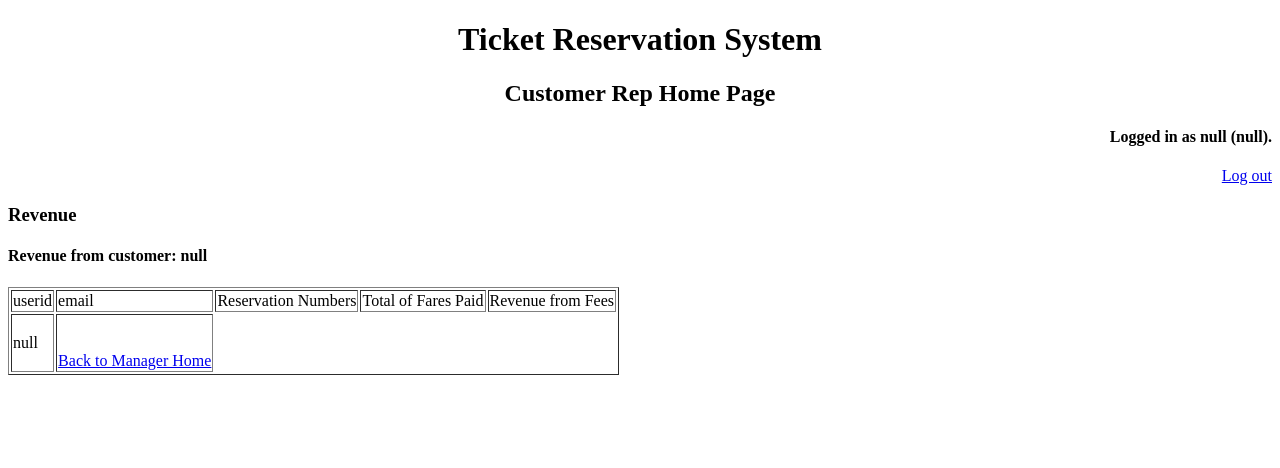
Repository: Pheazon/data_management
Page: http://localhost/cs336Final/revenueCustomer.jsp
An editor plug-in stored every save of this project. The page is shown before and after the next save, followed by the edit.
The browser window is 1280 px wide. The pictures show the whole page.
The page is served by Tomcat 9. The database holds what the project's SQL file puts in it.

Above is the page before, as saved 2019-12-11 01:17:12.

After the next save:
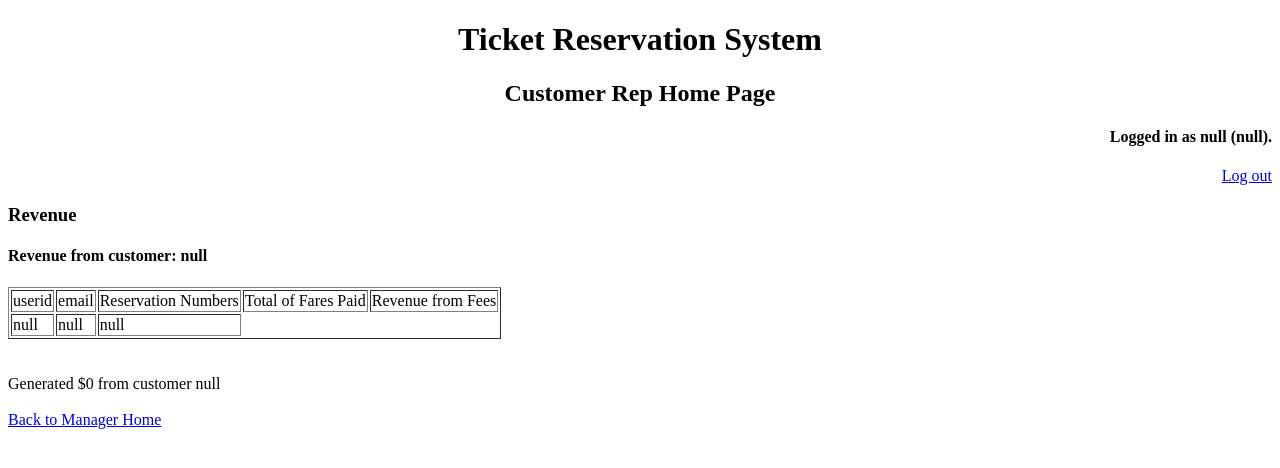
Saved 4 min 5 s later.
--- a/cs336Final/WebContent/revenueCustomer.jsp
+++ b/cs336Final/WebContent/revenueCustomer.jsp
@@ -99,30 +99,18 @@ try{
 			out.print("<td>");
 			out.print(result.getString("userid"));
 			out.print("</td>");
+
+
+
 			out.print("<td>");
-			out.print(result.getString("firstName"));
+			out.print(result.getString("tf"));
 			out.print("</td>");
 			out.print("<td>");
-			out.print(result.getString("lastName"));
-			out.print("</td>");
-			out.print("<td>");
-			out.print(result.getString("email"));
-			out.print("</td>");
-			out.print("<td>");
-			out.print(result.getString("r"));
-			out.print("</td>");
-			out.print("<td>");
-			out.print(result.getString("t"));
-			out.print("</td>");
-			out.print("<td>");
-			out.print(result.getString("tF"));
-			out.print("</td>");
-			out.print("<td>");
-			out.print(result.getString("rev"));
+			out.print(result.getString("bf"));
 			out.print("</td>");
 			out.print("</tr>");
 
-			totalRev = totalRev + result.getInt("rev");
+			totalRev = totalRev + result.getInt("bf");
 		}
 		out.print("</table>");
 
